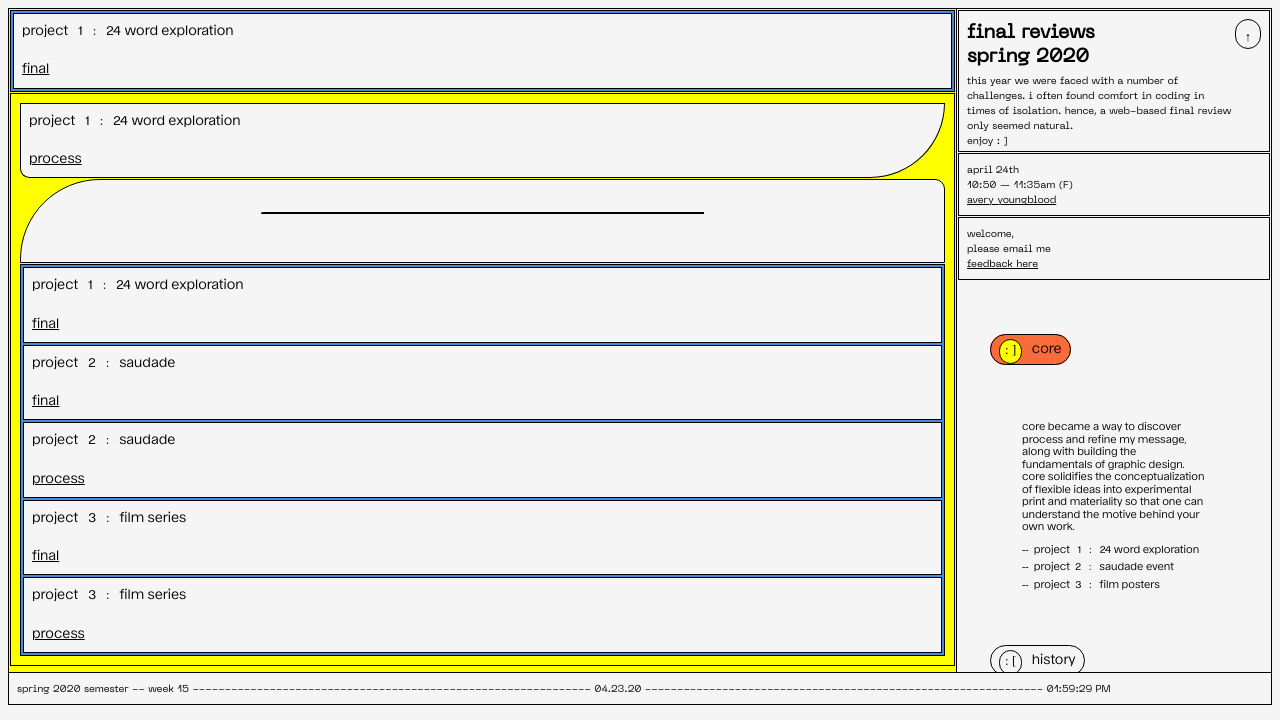
Repository: ayoungblood2/Spring-Semester-2020
Page: index v2/classes/core-prjcts/core-prct1-2.html
An editor plug-in stored every save of this project. The page is shown before and after the next save, followed by the edit.
The browser window is 1280 px wide. The pictures show the whole page.
Some web libraries are served in a nearby version.

Above is the page before, as saved 2020-04-23 17:34:45.
Console error: TypeError: Cannot set properties of null (setting 'src')

After the next save:
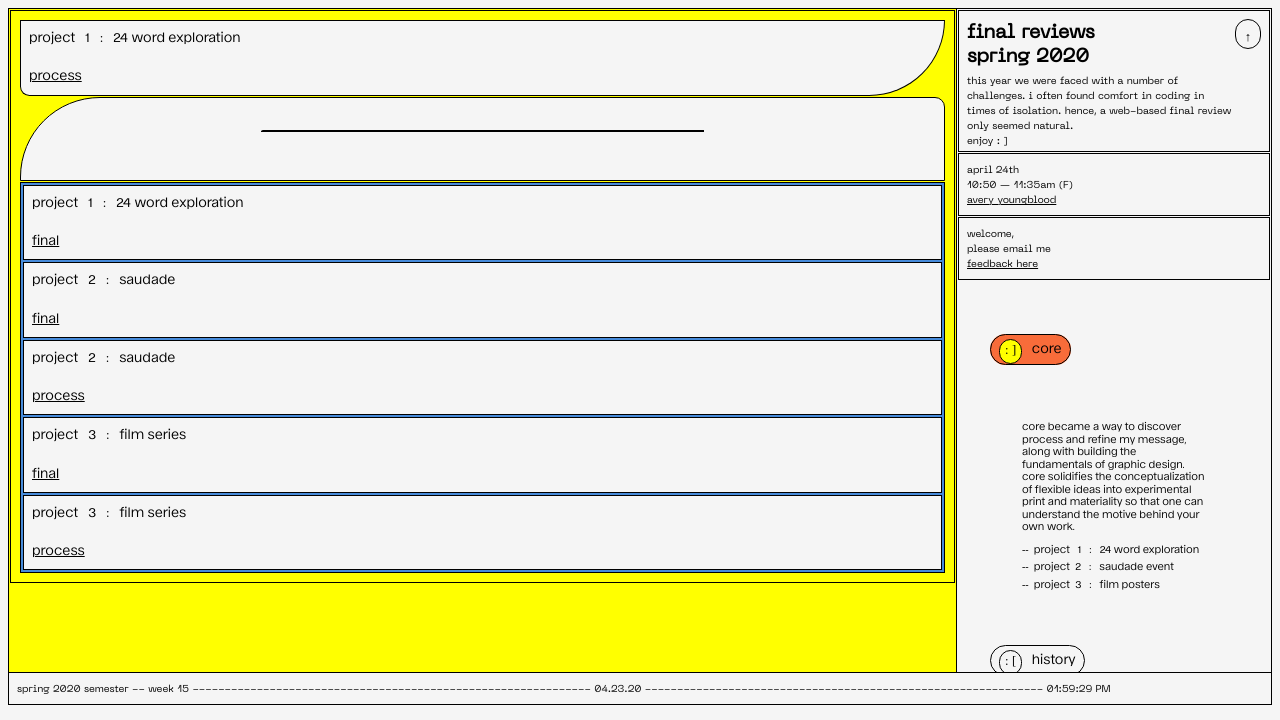
Saved 100 s later.
--- a/index v2/classes/core-prjcts/core-prct1-2.html
+++ b/index v2/classes/core-prjcts/core-prct1-2.html
@@ -47,7 +47,7 @@
         </header>
        -->
 
-        <header class="grid-container-4">
+        <!-- <header class="grid-container-4">
 
             <a href="/index v2/classes/core-prjcts/core-prct1-1.html" class="PageHeader--link--2">
                 <section class="grid-item">
@@ -57,7 +57,7 @@
                     <br><span style="text-decoration: underline;">final</span>
                 </section>
             </a>
-        </header>
+        </header> -->
 
 
         <a href="/index v2/classes/core.html" class="PageHeader--link--2">
@@ -93,11 +93,10 @@
 
         <section class="grid-container-3" style="border-radius:80px 10px 0px 0px;">
 
-            <img class="grid-item-2 item2"
-            id="imgClickAndChange" name="pic" onClick="changeImage()" style="cursor:pointer; border-radius: 80px 10px 0px 0px;">
-
-           </section>
-
+            <img class="grid-item-2 item2" id="imgClickAndChange" name="pic" onClick="changeImage()"
+                style="cursor:pointer; border-radius: 80px 10px 0px 0px;">
+
+    </section>
 
         <header class="grid-container-4">
 
